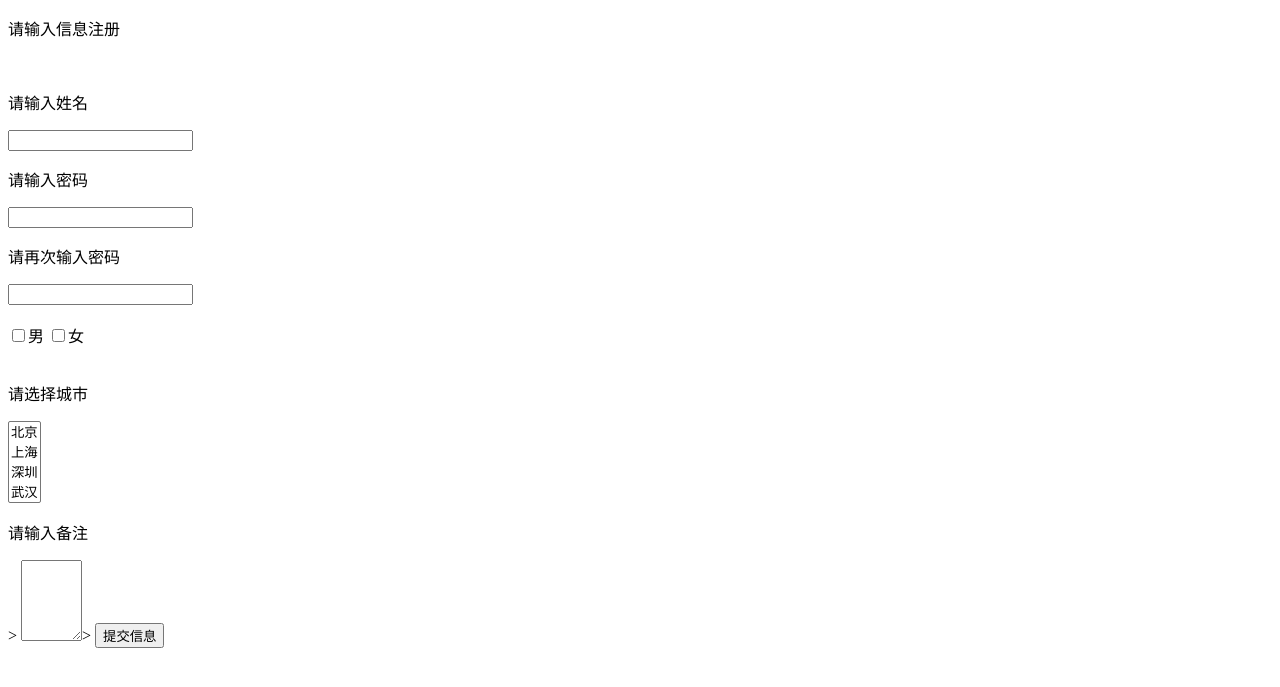
Repository: xienezheng/javaPractice
Page: javaweb/try2/WebContent/reg.html
The author's editor kept a copy of each file at every save. The page is drawn from the files as they stood at one save, then again after the next save.
The browser window is 1280 px wide. The pictures show the whole page.

Above is the page before, as saved 2017-04-23 09:00:39.

After the next save:
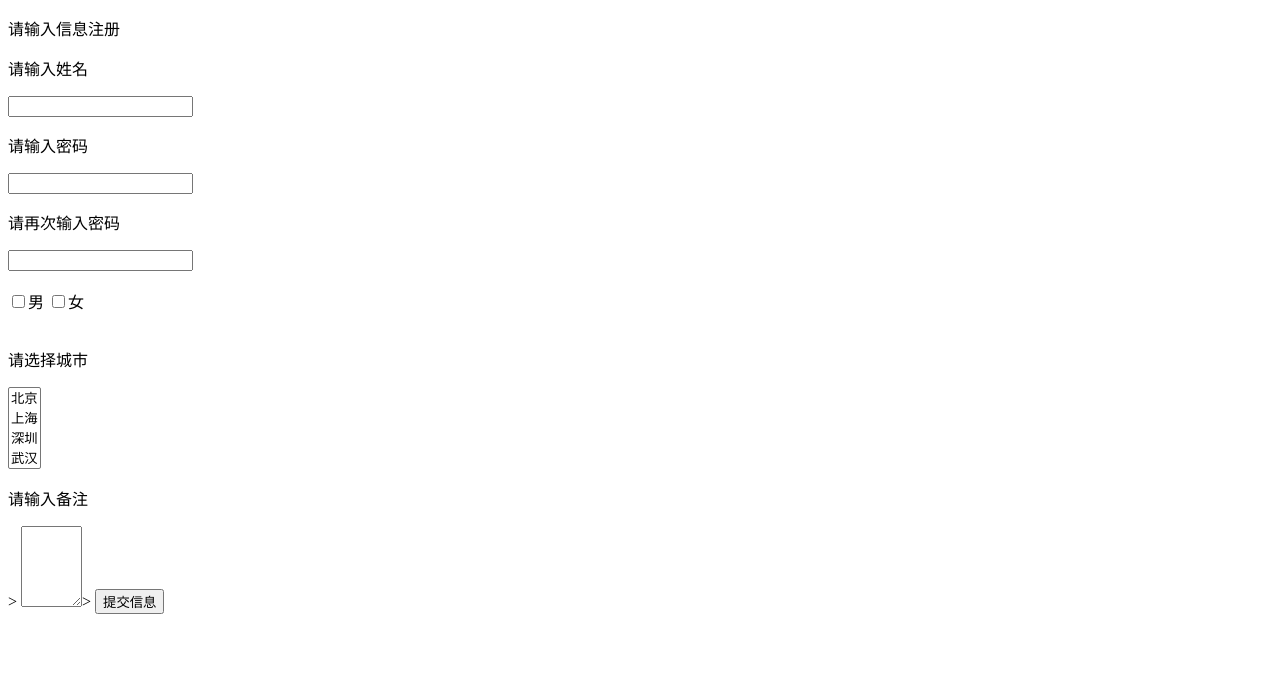
Saved 30 s later.
--- a/javaweb/try2/WebContent/reg.html
+++ b/javaweb/try2/WebContent/reg.html
@@ -15,7 +15,7 @@
 </style>
 <body>
 
-<p>请输入信息注册</p><br>
+<p>请输入信息注册</p>
 <p>请输入姓名</p>
 <form action="reg.jsp"method="post">
 <input type="text"name="name">
